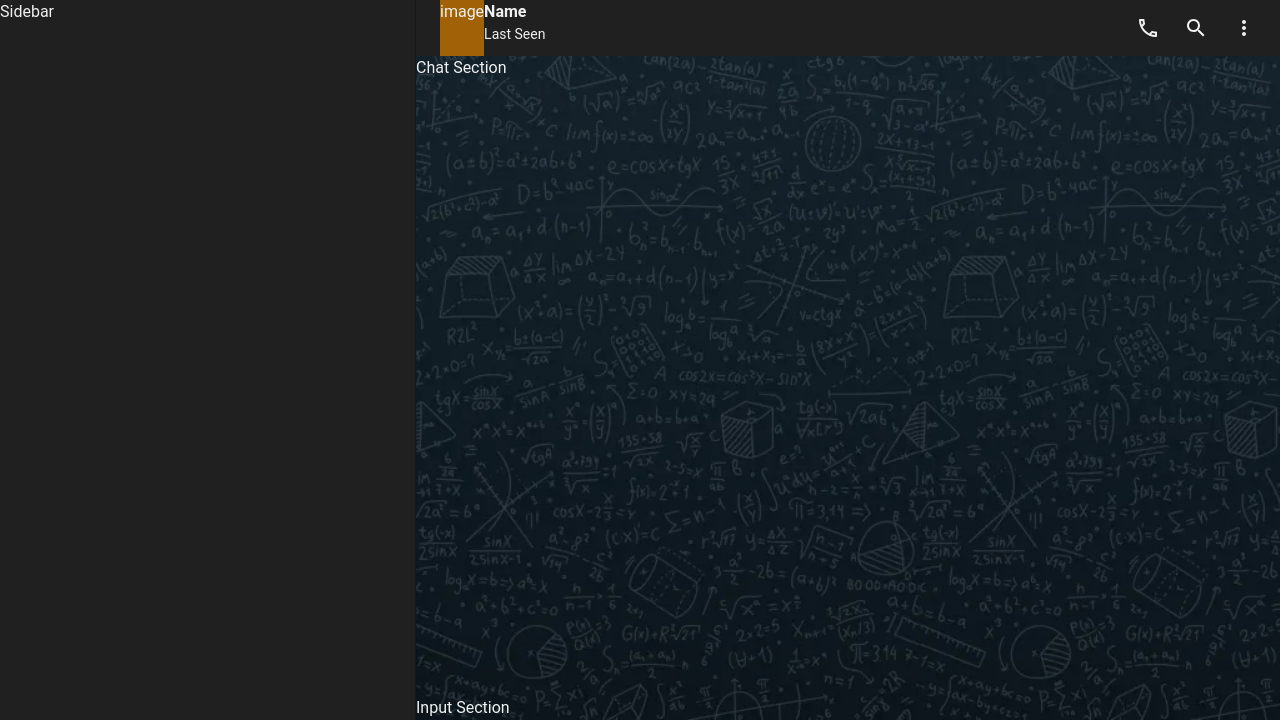
Repository: Qu4ntumGuy/telegram-clone
Page: /
These files come from the project's save history. The page is drawn as it stood at one moment and after the next save; the edit follows.
The browser window is 1280 px wide. The pictures show the whole page.
The project was rebuilt for these pictures with package versions that can differ from the ones it lists, and the page was loaded fresh each time. Also part of the build but not shown: src/Utils/ContextProvider.js, src/Pages/ChatPage.js/ChatPage.js.

Above is the page before, as saved 2024-07-15 12:06:46.

After the next save:
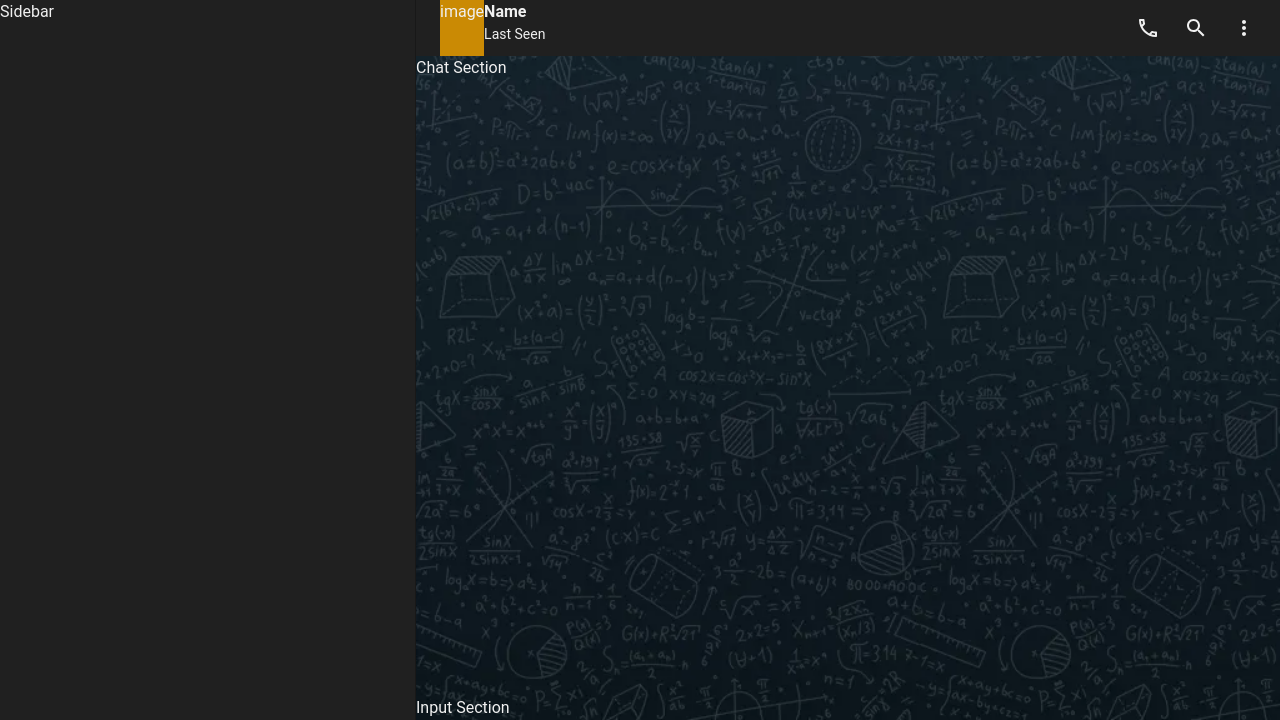
Saved 11 s later.
--- a/src/Components/Topbar.js
+++ b/src/Components/Topbar.js
@@ -7,7 +7,7 @@ function Topbar() {
   return (
     <div className="flex px-6 h-14">
       <div className="flex-1 flex">
-        <div className="bg-yellow-700">image</div>
+        <div className="bg-yellow-600">image</div>
         <div className="flex flex-col">
           <div className="font-semibold">Name</div>
           <div className="text-sm"> Last Seen</div>
